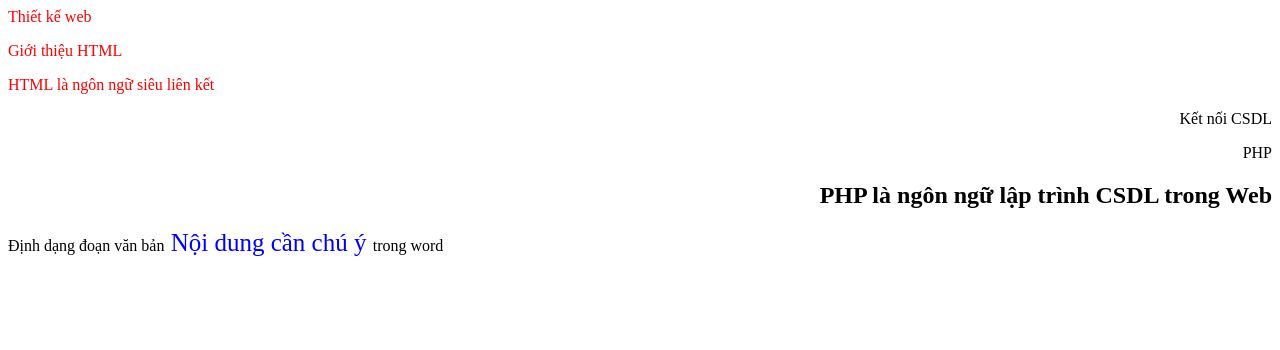
Repository: thanhp6868/ltWeb
Page: 2709_1.html
The author's editor kept a copy of each file at every save. The page is drawn from the files as they stood at one save, then again after the next save.
The browser window is 1280 px wide. The pictures show the whole page.

Above is the page before, as saved 2023-09-27 14:06:33.

After the next save:
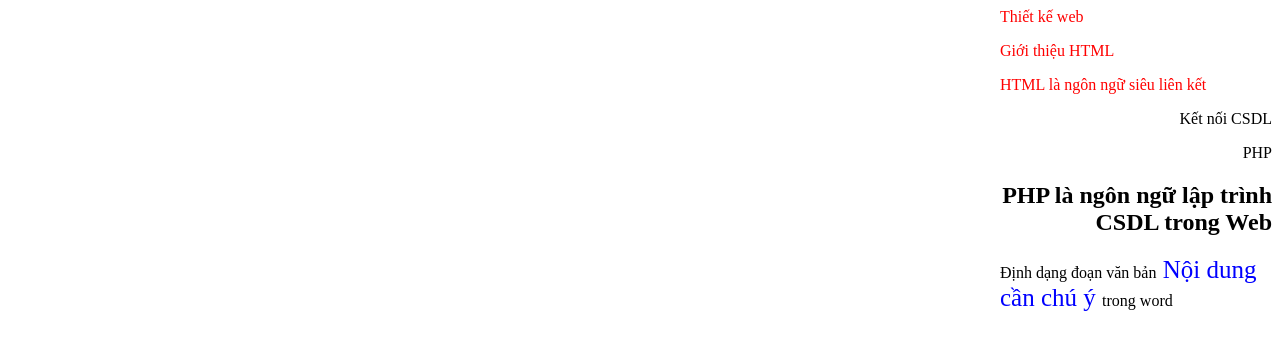
Saved 2 min 29 s later.
--- a/2709_1.html
+++ b/2709_1.html
@@ -2,7 +2,7 @@
     <HEAD>
         <TITLE> DIV va SPAN </TITLE>
     </HEAD>
-    <BODY marginleft="1000px">
+    <BODY style="margin-left: 1000px;">
 
         <DIV>
         <font color="red">
